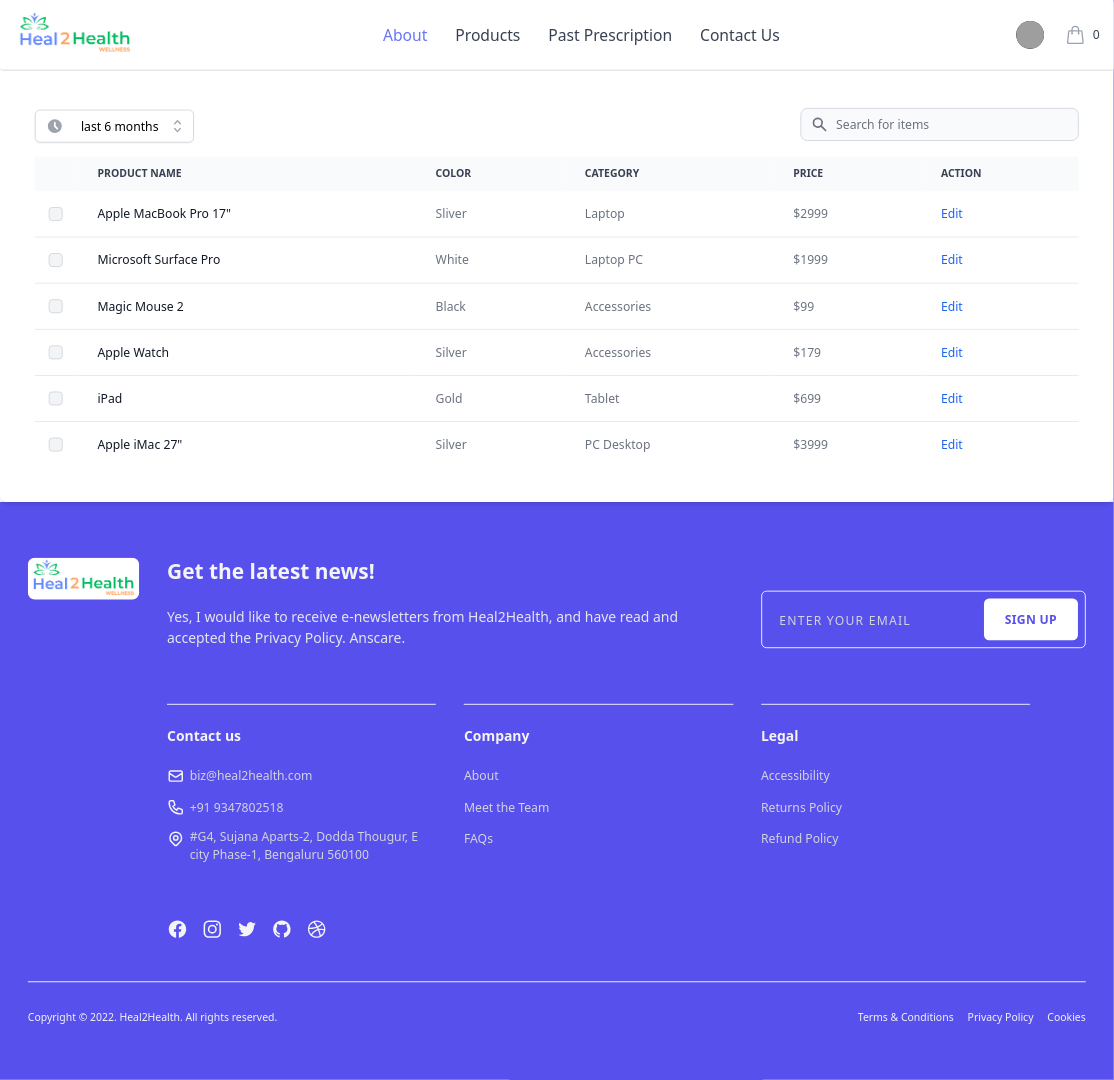
Repository: Akash123-coder/H2H
Page: /PastPrescription (app in Frontend/)
An editor plug-in stored every save of this project. The page is shown before and after the next save, followed by the edit.
The browser window is 1280 px wide. The pictures show the whole page, at 87% of full size.
Pictures or frames that could not be fetched are drawn as grey boxes. The project was rebuilt for these pictures with package versions that can differ from the ones it lists, and the page was loaded fresh each time. Also part of the build but not shown: Frontend/vite.config.ts, Frontend/src/pages/About.tsx, Frontend/src/components/Cta.jsx, Frontend/src/pages/Home.jsx, Frontend/src/components/Buttonsm.tsx, Frontend/src/components/Buttonrm.tsx, Frontend/src/components/Product.tsx, Frontend/src/pages/Prescription.jsx and 2 more.

Above is the page before, as saved 2022-09-28 17:16:28.

After the next save:
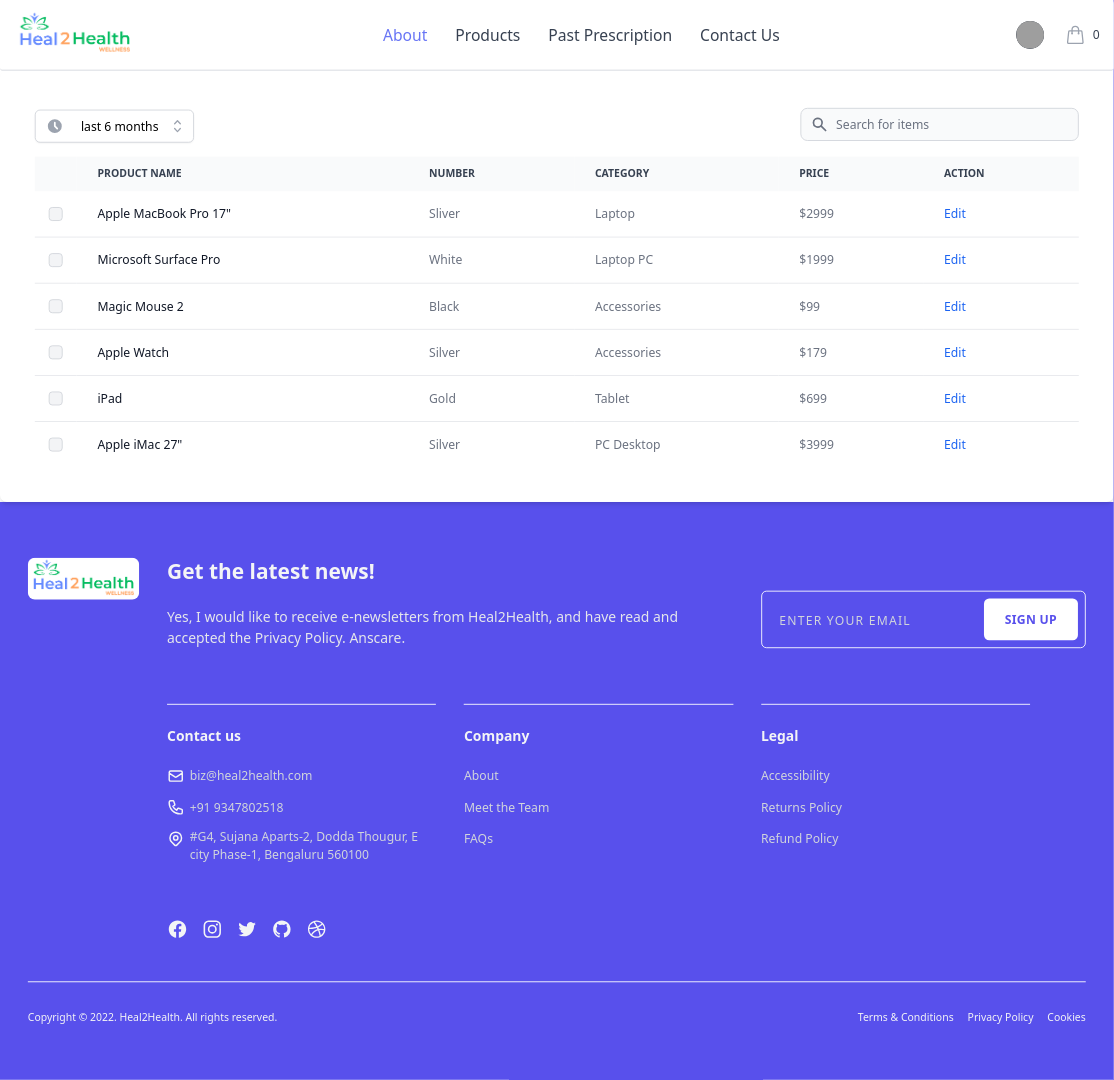
Saved 77 s later.
--- a/Frontend/src/pages/PastPrescription.jsx
+++ b/Frontend/src/pages/PastPrescription.jsx
@@ -49,7 +49,7 @@ function PastPrescription() {
                 Product name
               </th>
               <th scope="col" class="py-3 px-6">
-                Color
+                Number
               </th>
               <th scope="col" class="py-3 px-6">
                 Category
